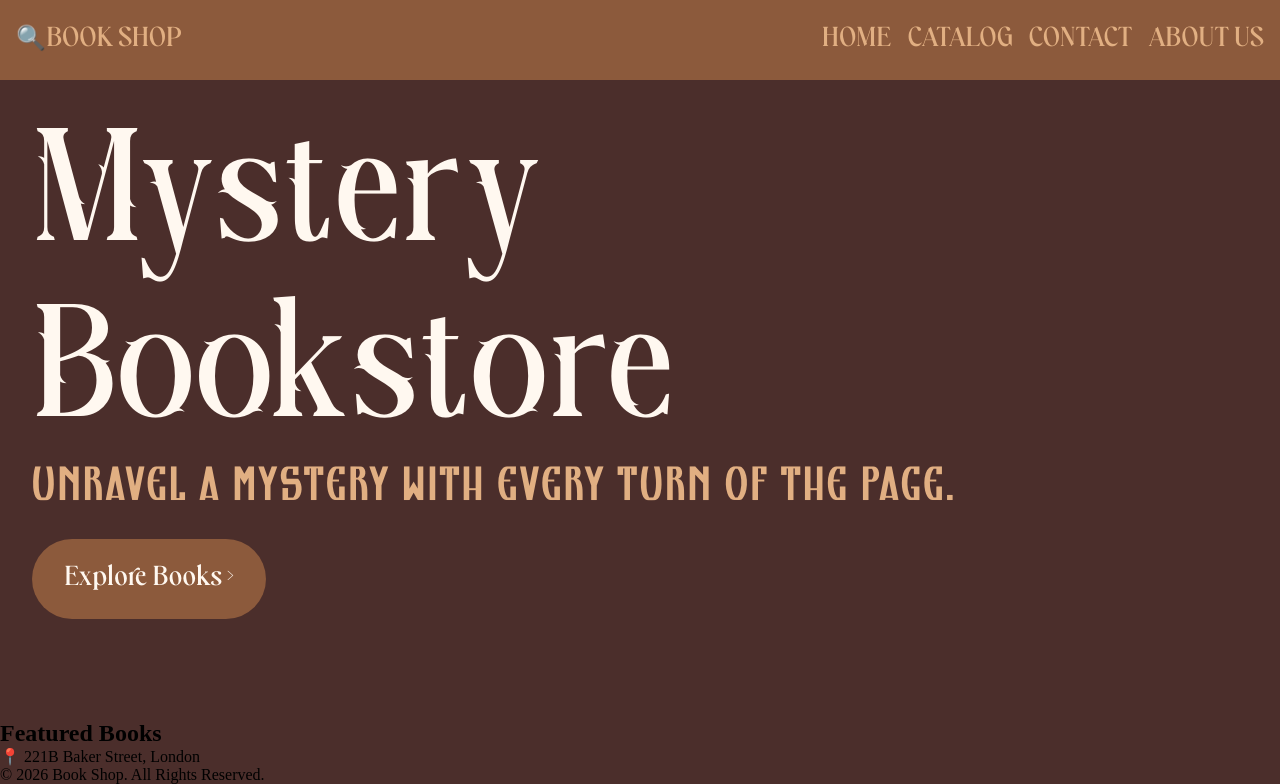
Repository: Nicholas0103/Book_Shop
Page: index.html
The author's editor kept a copy of each file at every save. The page is drawn from the files as they stood at one save, then again after the next save.
The browser window is 1280 px wide. The pictures show the whole page.

Above is the page before, as saved 2026-07-18 13:59:06.

After the next save:
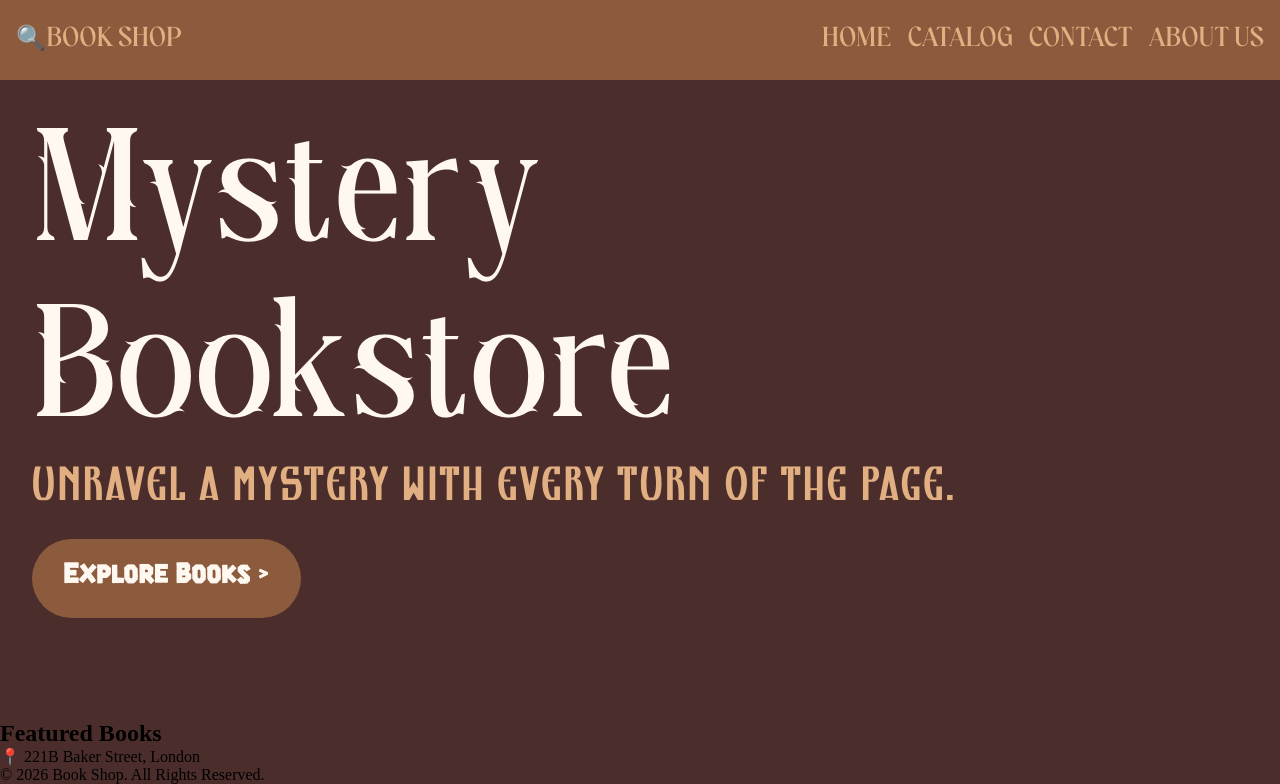
Saved 7 s later.
--- a/style.css
+++ b/style.css
@@ -138,6 +138,6 @@
     padding: 1rem 2rem;
     font-size: 1.5rem;
     margin-top: 2rem;
-    font-family: Aulieny;
+    font-family: Hexen;
     display: inline-block;
 }
